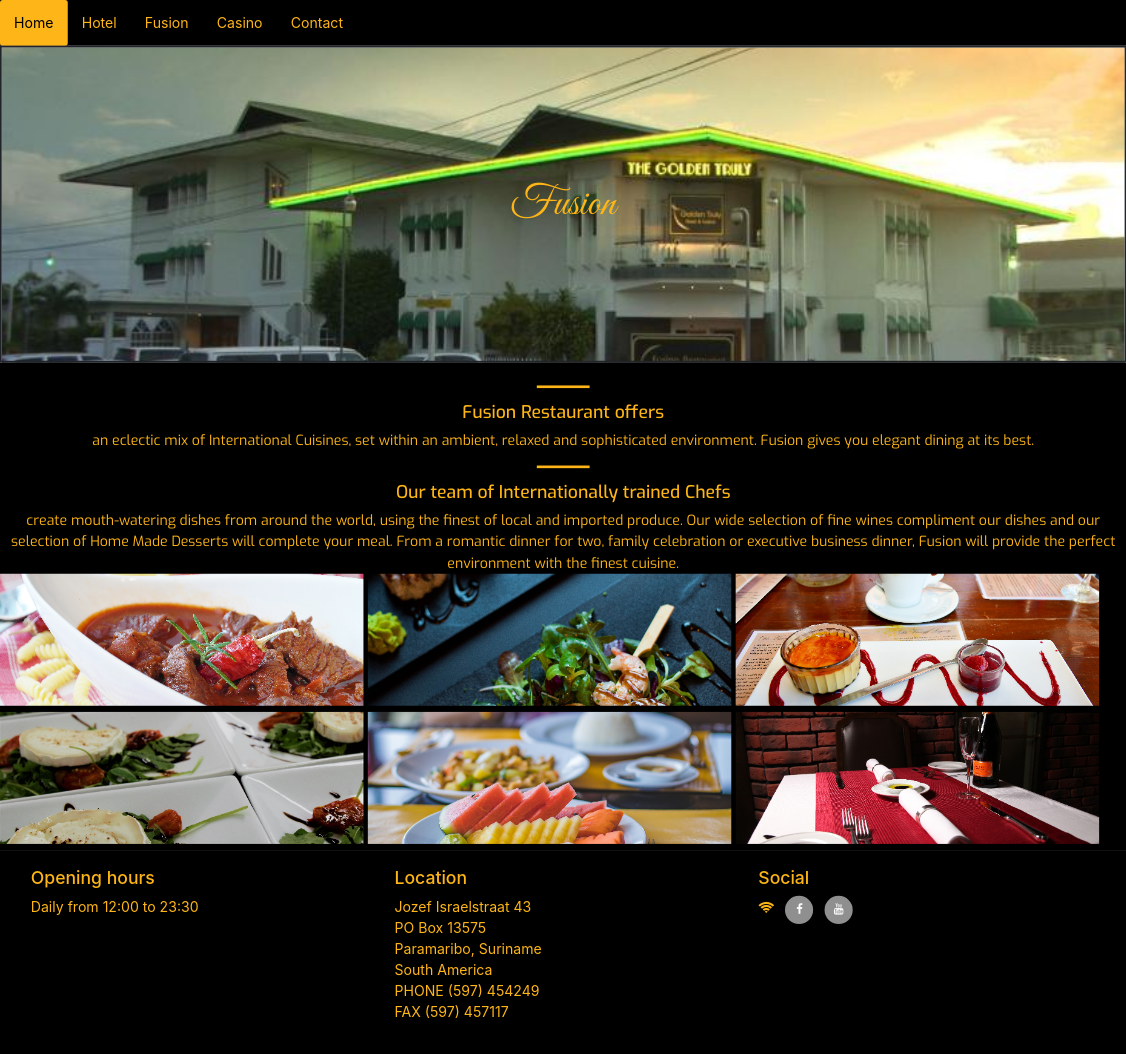
Repository: Code-Institute-Submissions/anthonycaf-Milestone1
Page: fusion.html
The author's editor kept a record of every edit. The page is drawn from the files as they stood at one moment, then again after the next edit.
The browser window is 1280 px wide. The pictures show the whole page, at 88% of full size.

Above is the page before.

### fusion.html
<!DOCTYPE html>
<html lang="en">

<head>
 <meta charset="UTF-8">
 <meta name="viewport" content="width=device-width, initial-scale=1.0">
 <meta http-equiv="X-UA-Compatible" content="ie=edge">
 <!--             links/bootstrap/fontawsome    -->
 <link rel="stylesheet" href="https://stackpath.bootstrapcdn.com/font-awesome/4.7.0/css/font-awesome.min.css" type="text/css" />
 <link rel="stylesheet" href="https://stackpath.bootstrapcdn.com/bootstrap/4.3.1/css/bootstrap.min.css" type="text/css" />
 <!--             main/css                      -->
 <link rel="stylesheet" href="./css/style.css" type="text/css" />
 <title>Golden Truly Hotel</title>
</head>

<body>
 <header>
  <ul Id="nav-bar">
   <li class="nav-bar-item"><a class="nav-link-item" href="index.html">Home</a></li>
   <li class="nav-bar-item"><a class="nav-link-item" href="hotel.html">Hotel</a></li>
   <li class="nav-bar-item"><a class="nav-link-item" href="fusion.html">Fusion</a></li>
   <li class="nav-bar-item"><a class="nav-link-item" href="casino.html">Casino</a></li>
   <li class="nav-bar-item"><a class="nav-link-item" href="contact.html">Contact</a></li>
  </ul>
  <div class="bg-image-title">
   <a href="index.html" class="img"></a>
   <h1 id="title">Fusion</h1>
  </div>
 </header>
 <main>
  <hr class="block-divider">
 <section class="section-fustion text-center">
     <h5>Fusion Restaurant offers</h5>an eclectic mix of International Cuisines,
     set within an ambient, relaxed and  sophisticated environment.
     Fusion gives you elegant dining at its best.
     <hr class="block-divider">
     <h5>Our team of Internationally trained Chefs</h5>create mouth-watering dishes from around the world,
     using the finest of local and imported produce. Our wide selection of
     fine wines compliment our dishes and our selection of Home Made Desserts
     will complete your meal. From a romantic dinner for two, family celebration
     or executive business dinner,
     Fusion will provide the perfect environment with the finest cuisine.
 </section>
 <section class="images">
   <div class="bg-food col-4 bg-food-img1 ">
     <a href="index.html"></a></div>
    <div class="bg-food col-4 bg-food-img3"><a href="index.html"></a></div>
      <div class="bg-food col-4 bg-food-img2"><a href="index.html"></a></div>
     <div class="bg-food col-4 bg-food-img6"><a href="index.html"></a></div>
     <div class="bg-food col-4 bg-food-img5"><a href="index.html"></a></div>
    <div class="bg-food col-4 bg-food-img7"><a href="index.html"></a></div>
 </section>
 </main>
 <footer class="container-fluid">
  <div id="footer-details" class="row">
   <div class="col-sm-4">
    <h5 class="uppercase general-sub">Opening hours</h5>
    <p class="inline-block">
   Daily from 12:00 to 23:30
    </p>
   </div>
   <div class="col-sm-4">
    <h5 class="uppercase general-sub">Location</h5>
    <p class="inline-block">Jozef Israelstraat 43<br> PO Box 13575<br> Paramaribo, Suriname<br> South America<br> PHONE (597) 454249<br> FAX (597) 457117
    </p>

   </div>
   <div class="col-sm-4">
    <h5 class="uppercase general-sub">Social</h5>
    <ul class="list-inline social-links">
     <li class="list-inline-item">
          <i class="fa fa-wifi" aria-hidden="true"></i>
          <span class="sr-only">wifi</span>
     </li>
     <li class="list-inline-item">
      <a href="https://www.facebook.com/FusionParamariboSuriname/" target="_blank">
          <i class="fa fa-facebook" aria-hidden="true"></i>
          <span class="sr-only">facebook</span>
         </a>
     </li>

     <li class="list-inline-item">
      <a href="https://youtu.be/yjYsTbYetro" target="_blank">
          <i class="fa fa-youtube" aria-hidden="true"></i>
          <span class="sr-only">youtube</span>
         </a>
     </li>
    </ul>
   </div>
  </div>
 </footer>


</body>

</html>

### css/style.css
 /*------------google-fonts----------*/

 @import url('https://fonts.googleapis.com/css?family=Exo:100,200,300,400,500,600,700|Great+Vibes&display=swap:100,200,300,400,500,600,700');

 body {
  margin: 0;
 }

 /*------------- images --------------*/

 .master-img1 {
  background-image: url(../images/master1.jpg);
 }

 .master-img2 {
  background-image: url(../images/housekeeping.jpg);
 }

 .master-img3 {
  background-image: url(../images/design-lobby-ceiling.jpg);
 }

 .suite-img1 {
  background-image: url(../images/suit1.jpg);
 }

 .suite-img2 {
  background-image: url(../images/suite2.jpg);
 }

 .suite-img3 {
  background-image: url(../images/suite3.jpg);
 }

 .bg-image-title {
  background: url("../images/golden-truly-hotel.jpg");
 }
 /*-------------------food-images -----------*/
 .bg-food-img1 {
  background-image: url("../images/beef-bowl.jpg");
 }
 .bg-food-img2 {
  background-image: url("../images/close-up-coffee.jpg");
 }
.bg-food-img3 {
  background-image: url("../images/close-up-cuisine.jpg");
 }
.bg-food-img4 {
  background-image: url("../images/chairs-coffee-shop.jpg");
 }
.bg-food-img5 {
  background-image: url("../images/cuisine-delicious.jpg");
 }
.bg-food-img6 {
  background-image: url("../images/cheese-cuisine.jpg");
 }
.bg-food-img7 {
  background-image: url("../images/brick-chair-table.jpg");
 }

.bg-food {
 display: inline-block;
 background-clip: border-box;
  background-position: center;
  background-repeat: no-repeat;
  background-size: cover;
  width: 32.3%;
  height: 150px;
}

 /*------------main----------*/

 main {
  font-family: "Exo", sans-serif;
  font-size: 1em;
  width: 100%;
  background-color: #000000;
  color: #fdb517;
  margin: 0 auto;
  padding-top: 10px;

 }

 .bg-image-title {
  background-clip: border-box;
  background-position: center;
  background-repeat: no-repeat;
  background-size: cover;
  transition: all .5s ease-in-out;
  -moz-transition: all .5s ease-in-out;
  -webkit-transition: all .5s ease-in-out;
  height: 360px;
  border: 2px solid;
 }

 #title {
  color: #fdb517;
  font-family: "Great Vibes", sans-serif;
  font-size: 3em;
  text-align: center;
  padding-top: 150px;
 }

 #welcome {
  color: #fdb517;
  font-family: "Great Vibes", sans-serif;
  font-size: 2.5em;

 }
.block-divider {
 width: 60px;
 height: 3px;
 border:0;
 background-color: #fdb517;
}
 .dl-list {
  max-width: 70%;
 }
/*------------ Section ------*/
 .section {
  padding-top: 10px;
  padding-bottom: 10px;
  margin: 0 auto;
  max-width: 70%;
 }
 .casino, .fusion {
  margin-bottom: 0;
 }


 /*-----------main nav-bar----------*/

 #nav-bar {
  width: 100vw;
  list-style-type: none;
  margin: 0;
  padding: 0;
  overflow: hidden;
  background-color: #000;
 }

 .nav-bar-item {
  float: left;
 }

 .nav-bar-item .nav-link-item {
  display: inline-block;
  color: #fdb517;
  text-align: center;
  padding: 8px 8px;
  text-decoration: none;
 }

 .nav-bar-item .nav-link-item:hover {
  background-color: #fdb517;
  color: #000000;
  border-radius: 3px;
  transition: all .8s ease-in-out;
 }

 .nav-bar-item {
  display: inline-block;
 }


 dd {
  color: #fafafa;
 }

 .room-services-item {
  margin-bottom: 0px;
  border-bottom-width: 20px;
  padding-bottom: 40px;
 }

 /*----------------iframe -----------*/

 iframe {
  width: 100%;
  height: 360px;
  border: none;
  margin: 0;
 }

 /*-----------main footer----------*/

 .container-fluid {
  background-color: #000000;
  color: #fdb517;

 }

 footer {
  background-color: #525252;
  color: #fafafa;
  min-height: 120px;
  margin: 0;
  padding: 0;
 }

 .social-links {
  padding-bottom: 15px;
 }

 .social-links li a i {
  width: 32px;
  height: 32px;
  padding: 12px 0;
  border-radius: 50%;
  font-size: 13px;
  line-height: 7px;
  text-align: center;
  color: #fafafa;
  background-color: #8f8f8f;
  transition: all 0.35s ease-in-out;
  -moz-transition: all 0.35s ease-in-out;
  -webkit-transition: all 0.35s ease-in-out;
  -o-transition: all 0.35s ease-in-out;
 }

 .social-links li a i:hover {
  background: #fdb517;
 }

 #footer-details {
  padding: 20px;
 }

 /*-----------hotel.html----------*/

 .bg-img-size {

  background-clip: border-box;
  background-position: center;
  background-repeat: no-repeat;
  background-size: cover;
  width: 33.3%;
  height: 150px;
 }


 /*----------- contact.html/form --------*/

 .contact-heading,
 .contact-thanks {
  font-family: "Great Vibes", sans-serif;
  font-weight: 300;
  margin-top: 25px;
  margin-bottom: 20px;

 }

 form {
  padding-top: 10px;
  margin: 0 auto;
  max-width: 70%;
 }

 button[type="submit"] {
  margin-top: 15px;
  margin-bottom: 20px;
  color: #fdb517;
  background-color: #000000;

 }

 /*-------------------------------------Media queries*/

 @media(min-width: 992px) {
  .center-form {
   padding-top: 30px;
   min-height: 240px;
   margin: 0 auto;
   max-width: 50%;
  }
  .section {
   padding-top: 30px;
   padding-bottom: 30px;
   margin: 0 auto;
   max-width: 70%;
  }
  .dl-list {
   max-width: 70%;
  }
  .nav-bar-item .nav-link-item {
   padding: 14px 16px;
  }
 }

After the next edit:
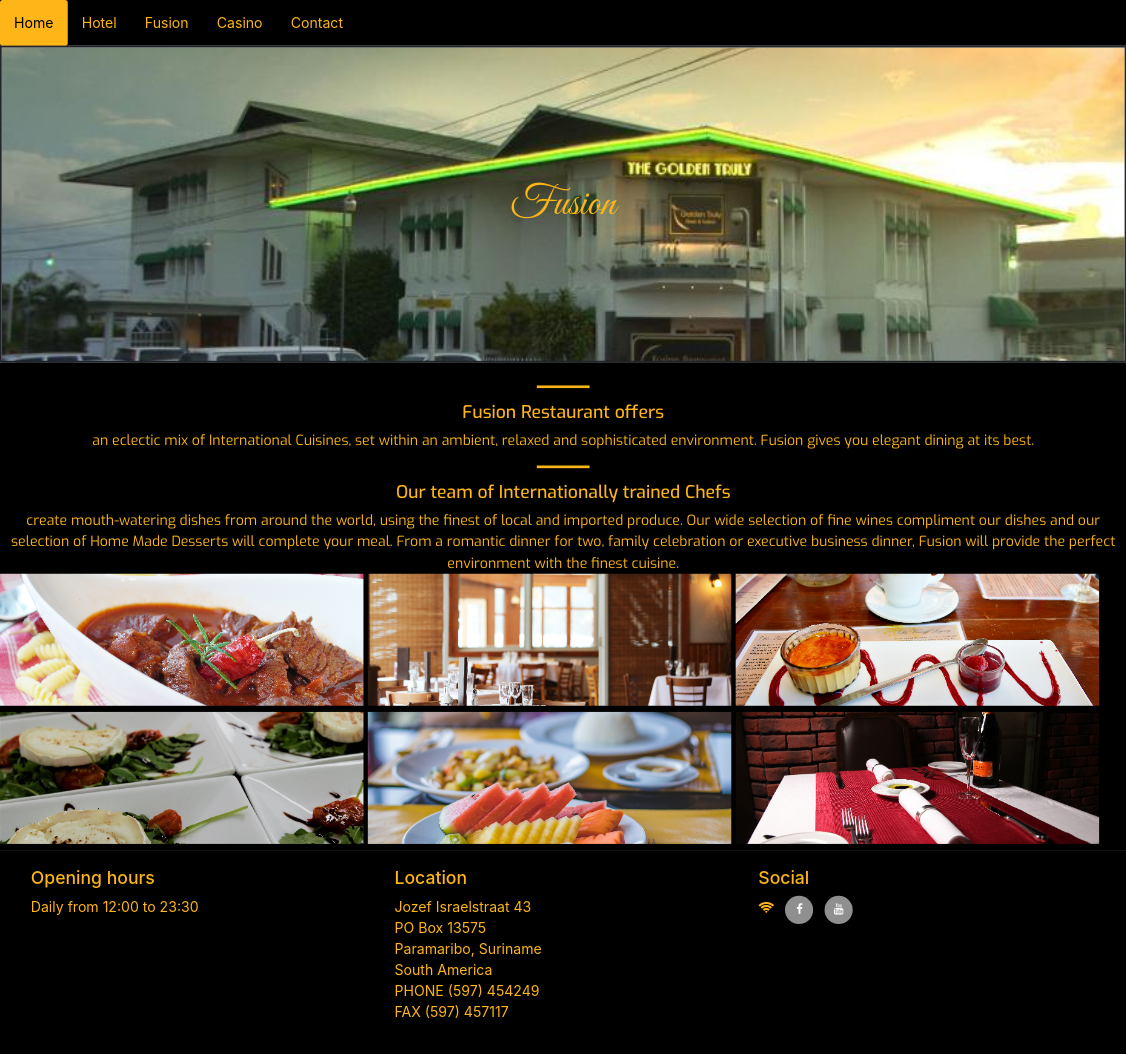
The edit:
--- a/fusion.html
+++ b/fusion.html
@@ -44,7 +44,7 @@
  <section class="images">
    <div class="bg-food col-4 bg-food-img1 ">
      <a href="index.html"></a></div>
-    <div class="bg-food col-4 bg-food-img3"><a href="index.html"></a></div>
+    <div class="bg-food col-4 bg-food-img4"><a href="index.html"></a></div>
       <div class="bg-food col-4 bg-food-img2"><a href="index.html"></a></div>
      <div class="bg-food col-4 bg-food-img6"><a href="index.html"></a></div>
      <div class="bg-food col-4 bg-food-img5"><a href="index.html"></a></div>
